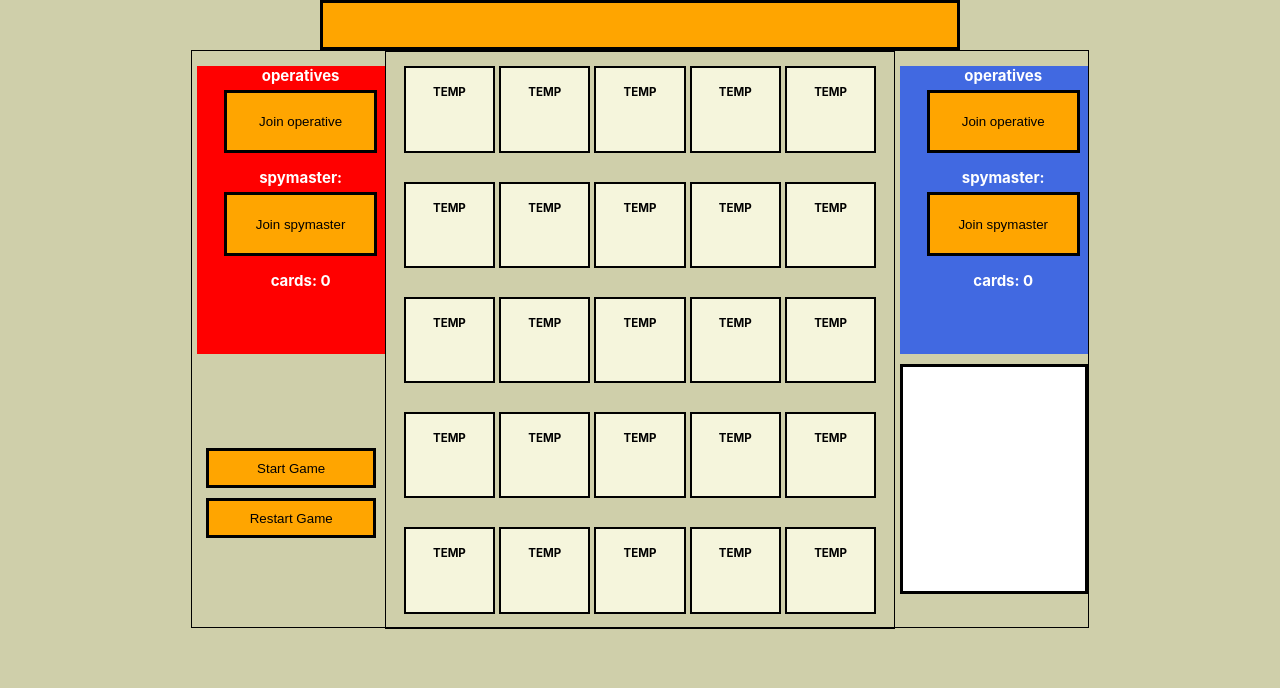
Repository: alcarrizo/Codenames-Fullstack
Page: / (app in client/)
The author's editor kept a copy of each file at every save. The page is drawn from the files as they stood at one save, then again after the next save.
The browser window is 1280 px wide. The pictures show the whole page.
The project was rebuilt for these pictures with package versions that can differ from the ones it lists, and the page was loaded fresh each time. Imported but missing from the stored project, and not drawn on this page: client/src/reportWebVitals.

Above is the page before, as saved 2023-01-17 17:51:46.

After the next save:
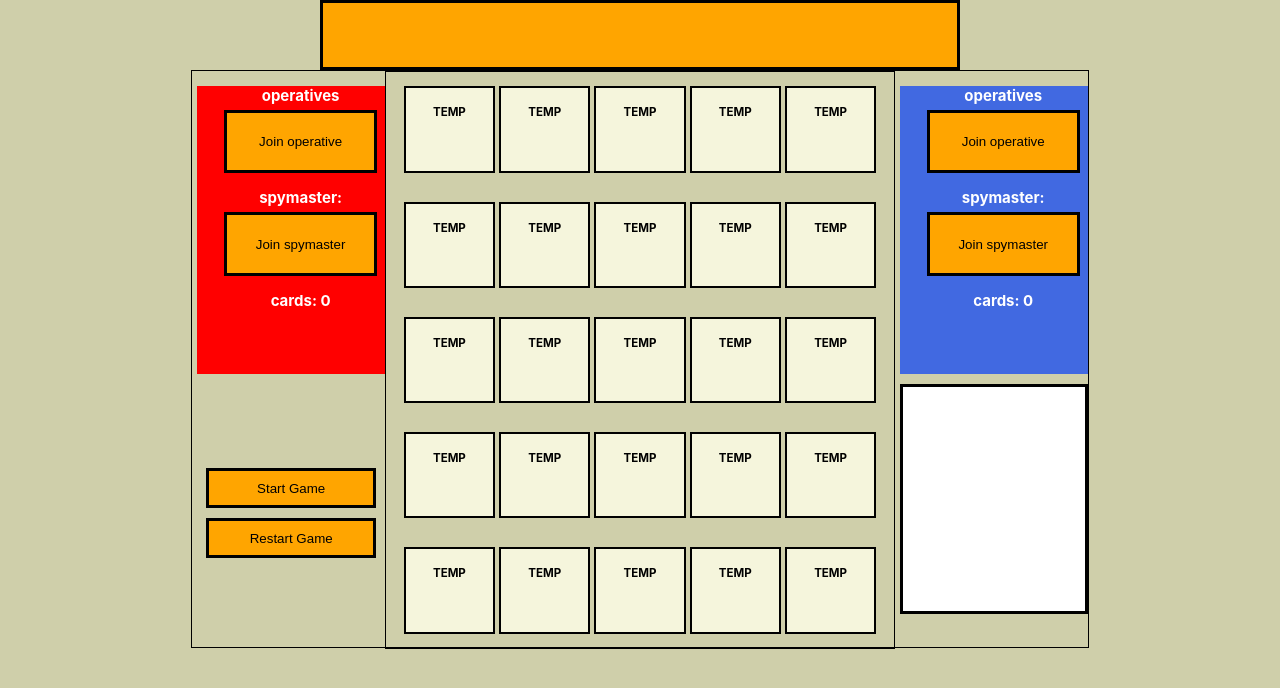
Saved 5 s later.
--- a/client/src/css/styles.css
+++ b/client/src/css/styles.css
@@ -212,7 +212,7 @@ body.blue {
     box-sizing: border-box;
     margin: 0 auto;
     width: 50%;
-    height: 50px;
+    height: 70px;
     background-color: orange;
     top: 35%;
     left: 35%;
